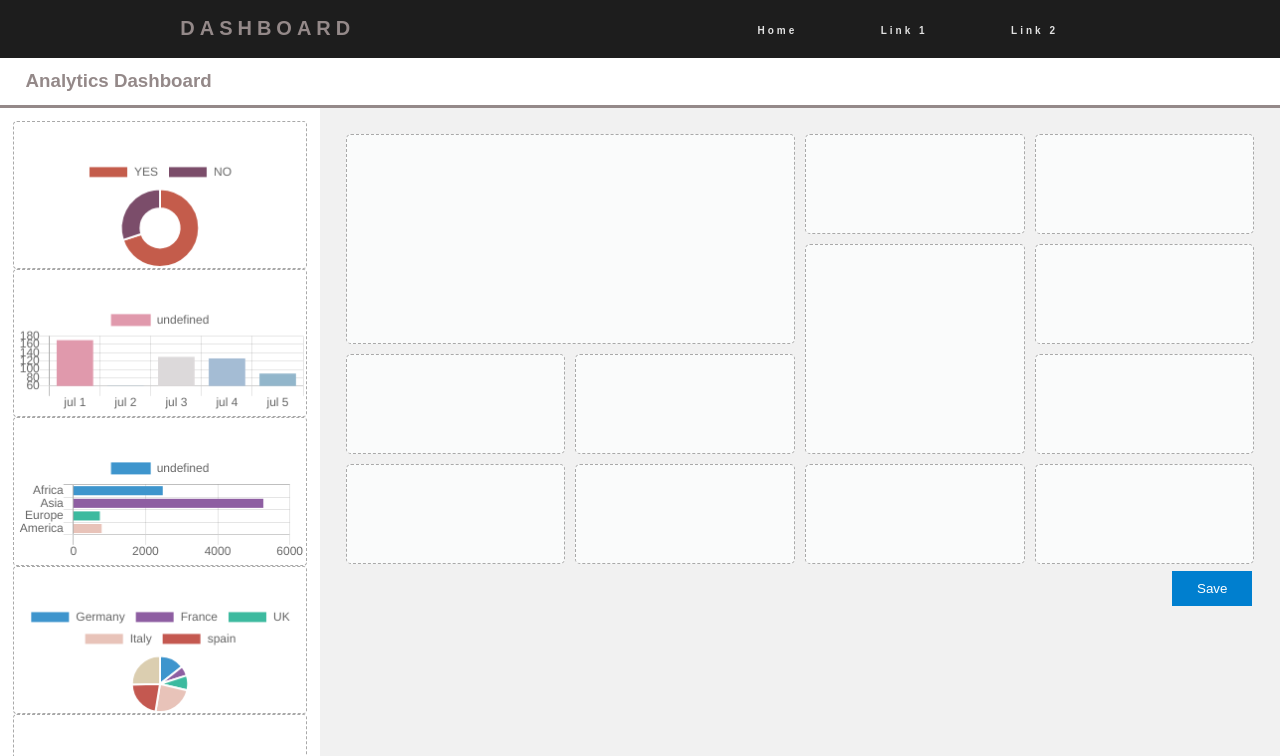
Repository: nourabdelhakam/drag-drop
Page: index.html
These files come from the project's save history. The page is drawn as it stood at one moment and after the next save; the edit follows.
The browser window is 1280 px wide. The pictures show the whole page.
Some web libraries are served in a nearby version.

Above is the page before, as saved 2020-07-05 23:52:47.

### index.html
<!DOCTYPE html>
<html lang="en">
<head>
    <meta charset="UTF-8">
    <meta name="viewport" content="width=device-width, initial-scale=1.0">
    <meta http-equiv="X-UA-Compatible" content="ie=edge">
    <title>Drag & Drop</title>

    <script src="https://cdn.jsdelivr.net/npm/chart.js@2.8.0"></script>

    <link rel="stylesheet" href="nav/nav.css">
    <link rel="stylesheet" href="css/main.css">
</head>
<body>

    <!-- <nav> -->
        <nav>
            <div class="logo">
                <h4>Dashboard</h4>
            </div>
            <ul class="nav-links">
                <li><a href="">Home</a></li>
                <li><a href="">Link 1</a></li>
                <li><a href="">Link 2</a></li>
            </ul>
            <div class="burger">
                <div class="line1"></div>
                <div class="line2"></div>
                <div class="line3"></div>
            </div>
        </nav>
      <!-- </nav> end of nav -->

      <section>
          <h3>Analytics Dashboard</h3>
          <div class="container">
            <div class="left">
                <div class="list" id="chartList">

                </div>
              </div>
              <div class="right">
                  <!-- <h5>Drag & Drop</h5> -->
                  <div class="wrapper" id="wrapper">
                    <div class="list" id="spot-1"></div>
                    <div class="list" id="spot-2"></div>
                    <div class="list" id="spot-3"></div>
                    <div class="list" id="spot-4"></div>
                    <div class="list" id="spot-5"></div>
                    <div class="list" id="spot-6"></div>
                    <div class="list" id="spot-7"></div>
                    <div class="list" id="spot-8"></div>
                    <div class="list" id="spot-9"></div>
                    <div class="list" id="spot-10"></div>
                    <div class="list" id="spot-11"></div>
                    <div class="list" id="spot-12"></div>
                  </div>
                  <button class="btn" id="saveBtn">Save</button>
                  <button class="btn"  id="tempBtn">Template</button>
              </div>
              <div id="preview" class="wrapper">

              </div>
          </div>
      </section>

      <script  src="chartData.js"></script>
      <script src="chart.js" type="text/javascript"></script>

    <script src="main.js" type="text/javascript"></script>
    <script src="nav/nav.js" type="text/javascript"></script>
</body>
</html>

### nav/nav.css
nav {
    display: flex;
    justify-content: space-around;
    align-items: center;
    min-height: 8vh;
    background-color: #1D1D1D;
    font-family: "Poppins", sans-serif;
}
.logo {
    color: rgb(226, 226, 226);
    text-transform: uppercase;
    letter-spacing: 5px;
    font-size: 20px;
}
.nav-links {
    display: flex;
    justify-content: space-around;
    width: 30%;
}
.nav-links li {
    list-style: none;
}
.nav-links a {
    color: rgb(226, 226, 226);
    text-decoration: none;
    letter-spacing: 3px;
    font-weight: bold;
    font-size: 10px;
}
.burger {
    display: none;
    cursor: pointer;
}
.burger div {
    width: 25px;
    height: 3px;
    background-color: rgb(226, 226, 226);
    margin: 5px;
    transition: all 0.3s ease;
}


@media screen and (max-width:1024px) {
    .nav-links {
        width: 60%;
    }
}

@media screen and (max-width:768px) {

    body {
        overflow-x: hidden;
    }
    .nav-links {
        position: absolute;
        right: 0px;
        height: 92vh;
        top: 8vh;
        background-color: #1D1D1D;
        display: flex;
        flex-direction: column;
        align-items: center;
        width: 50%;
        transform: translatex(100%);
        transition: transform 0.5s ease-in;
    }
    .nav-links li {
        opacity: 0;
    }
    .burger {
        display: block;
    }
}

.nav-active {
    transform: translatex(0%);
}

@keyframes navLinkFade {
    from {
        opacity: 0;
        transform: translatex(50%);
    }
    to {
        opacity: 1;
        transform: translatex(0%);
    }
}

.toggle .line1 {
    transform: rotate(-45deg) translate(-5px, 6px);
}
.toggle .line2 {
    opacity: 0;
}
.toggle .line3 {
    transform: rotate(45deg) translate(-5px, -6px);
}

.landing {
    height: 90vh;
    display: flex;
    justify-content: center;
    align-items: center;
}
.landing h1 {
    margin: 100px;
    font-size: 50px;
    color: #ae5fce;
}

### css/main.css
* {
    margin: 0;
    padding: 0;
    box-sizing: border-box;
}
body {
    font-family: Arial, Helvetica, sans-serif;
}
h3, h4, a {
    color: rgb(148, 137, 137);
}
h3 {
    padding: 1% 2%;
}
h5 {
    margin-bottom: .5em;
}
.container {
    border-top: 3px solid rgb(148, 137, 137);
}
.left {
    width: 25%;
    height: 90vh;
    float: left;
    padding: 1%;
    overflow:hidden;
    overflow-y:scroll;
}
.right {
    width: 75%;
    height: 90vh;
    float: left;
    padding: 2%;
    background-color: #F1F1F1;
}

.list-item {
    /* background-color: #F3F3F3; */
    border-radius: 4px;
    border: 1px dashed darkgrey;
    /* padding: 5px 5px;  */
    text-align: center;
    /* margin: 5% 0; */
    height: 100%;
    width: 100%;
    cursor: pointer;
}
canvas {
    height: 100%;
    width: 100%;
}

.wrapper > div {
    border: 1px dashed darkgrey;
    border-radius: 5px;
    background-color: #FAFBFB;
    /* resize: both;
    overflow: auto; */
}
.wrapper {
  display: grid;
  grid-template-columns: repeat(4, 1fr);
  grid-auto-rows: 100px;
  grid-gap: 10px;
}
 .wrapper div:nth-child(2) {
   grid-column: 3;
   grid-row: 2 / 4;
}
 .wrapper div:nth-child(5) {
   grid-column: 1 / 3;
   grid-row: 1 / 3;
}
/* .plus-button {
	border: 2px solid lightgrey;
	background-color: #fff;
	font-size: 16px;
	height: 2.5em;
	width: 2.5em;
	border-radius: 999px;
    position: relative;

}

.plus-button:after,
.plus-button:before {
		content: "";
		display: block;
		background-color: grey;
		position: absolute;
		top: 50%;
		left: 50%;
        transform: translate(-50%, -50%);

	}

	.plus-button:before {
		height: 1em;
		width: 0.2em;
	}

	.plus-button:after {
		height: 0.2em;
		width: 1em;
	}


.plus-button--small {
	font-size: 12px;
} */
.btn {
    background-color: #007FCF;
    border: none;
    color: white;
    padding: 10px 25px;
    text-align: center;
    text-decoration: none;
    display: inline-block;
    margin: 7px 2px;
    cursor: pointer;
    float: right;
}
#tempBtn {
    display: none;
}

### chartData.js
 chartData={
    chart1 : {
        id: 1,
        data : [70, 30],
        colors : ['#C45C4B', '#7B4D6A'],
        labels : ['YES', 'NO'],
        type : 'doughnut'
    },
    chart2 : {
        id: 2,
        labels : ['jul 1', 'jul 2', 'jul 3', 'jul 4', 'jul 5'],
        data : [170, 60.5, 130, 126.3, 90],
        colors : ['#E099AC', '#A4BCD3', '#DCD9DA', '#A4BCD4', '#92B6CB'],
        type: 'bar'
    },
    chart3 : {
        id: 3,
        labels: ["Africa", "Asia", "Europe", "America"],
        colors: ["#3e95cd", "#8e5ea2","#3cba9f","#e8c3b9","#c45850"],
        data: [2478,5267,734,784,433],
        type: 'horizontalBar',
    },
    chart4 : {
        id: 4,
        labels : ['Germany', 'France', 'UK', 'Italy', 'spain'],
        data : [50, 20, 30, 83, 77, 88],
        colors : ["#3e95cd", "#8e5ea2","#3cba9f","#e8c3b9","#c45850", "#dbceb0"],
        type: 'pie'
    },


    chart5 : {
        id: 5,
        labels : ["1900", "1950", "1999", "2050"],
        data : [408,547,675,734],
        colors : "#8e5ea2",
        type: 'line'
    },

}

exports = chartData

### chart.js
function draw(pos, chart, type) {
  var el = document.getElementById(pos);
  console.log(chart);

  var canvas = document.createElement("canvas");
  canvas.className = "list-item";
  canvas.setAttribute("draggable", "true");
  canvas.setAttribute("data-chart", JSON.stringify(chart));

  canvas.id = type + chart.id+'-'+pos;
  el.appendChild(canvas);
  console.log(canvas);
  c = document.getElementById(type + chart.id+'-'+pos).getContext("2d");
  new Chart(c, {
    type: chart.type,
    data: {
      labels: chart.labels,
      datasets: [
        {
          data: chart.data,
          backgroundColor: chart.colors,
        },
      ],
    },
    options: {
      title: {
        Text: "Do you like doughnuts?",
        display: true,
      },
    },
  });
}

exports = draw;

// let myChart1 = document.getElementById("myChart").getContext('2d');
let chartWrapper = document.getElementById("chartList");
console.log(chartWrapper);

for (let chart in chartData) {
  console.log(chartWrapper);

  draw(chartWrapper.id, chartData[chart],'chatLib-');
}

### main.js
const list_items = document.querySelectorAll(".list-item");
const lists = document.querySelectorAll(".list");
var cantAccess = false;
var wrapper = document.getElementById('wrapper');
const saveBtn = document.getElementById("saveBtn");
const tempPreview = document.getElementById('tempPreview');
const tempBtn =  document.getElementById('tempBtn');
const previewDiv = document.getElementById('preview');
var dragged = null;
var draggedData= null;
var templateList=[];
(function() {
	var temp = JSON.parse(localStorage.getItem('template'));
	if(temp!= null){
		templateList = temp;

		for( chart in templateList){
			draw(templateList[chart].pos,templateList[chart].data,'chartTemplate-')
		}


	}

 })();
saveBtn.addEventListener("click", function () {
  var template = localStorage.getItem("template");
  console.log(template);

  if (template)
    var c = confirm("There is a saved template, Do you want to overwrite it?");


  if (c == true || !template) {

	let itemsArray = JSON.stringify(templateList);
	localStorage.setItem("template", itemsArray);
	tempBtn.style.display = "block"

	// tempPreview.innerHTML = wrapper;
  }
});



 tempBtn.addEventListener('click',function(){
	itemsArray = JSON.parse(localStorage.getItem('template'));
	previewDiv.innerHTML = itemsArray;
})

// tempPreview.addEventListener('click',function(){
// 	itemsArray = JSON.parse(localStorage.getItem('template'));
// 	 wrapper.innerHTML = itemsArray ;
// })

// const data = JSON.parse(localStorage.getItem('items'))
// //localStorage

let draggedItem = null;

for (let i = 0; i < list_items.length; i++) {
  const item = list_items[i];
  console.log(item.id);
  item.addEventListener("dragstart", function () {
    draggedItem = item;
    console.log(cantAccess);
	dragged = item.id;
	draggedData =JSON.parse(item.dataset.chart);

    setTimeout(function () {
	  item.style.display = "none";
	}, 0);
	cantAccess = false
  });

  item.addEventListener("dragend", function () {
    setTimeout(function () {
	  draggedItem.style.display = "block";
    //   draggedItem.style.padding = "0";
    //   draggedItem.style.margin = "0";
      draggedItem.style.height = "100%";
      draggedItem.style.width = "100%";
      draggedItem = null;
	}, 0);
	cantAccess = false;
  });
}
  for (let j = 0; j < lists.length; j++) {
    const list = lists[j];

    list.addEventListener("dragover", function (e) {
	  e.preventDefault();
	  console.log(e.target.tagName);
	  console.log(cantAccess);

	  if(e.target.tagName == 'CANVAS'){
		  cantAccess = true;
	  }
    });

    list.addEventListener("dragenter", function (e) {
      e.preventDefault();
      this.style.backgroundColor = "#FFFFFF";
    });

    list.addEventListener("dragleave", function (e) {
	  this.style.backgroundColor = "#F9FDFF";
	  console.log(e.target.id	);
	  cantAccess = false;

    });

    list.addEventListener("drop", function (e) {
	  console.log("drop");
	  if(cantAccess)
		return false;
	  i = {
		  id:dragged,
		  pos:e.toElement.id,
		  data: draggedData
	  }
	  var result = templateList.filter(obj => {
		return obj.pos === e.toElement.id
	  })
	  console.log(e.toElement.id);

	  console.log('templateList:'+result);
	  setTimeout(function(){
	  if (result.length == 0){
		  console.log('empty');
		  console.log(i);

		  templateList.push(i);
		  console.log('templalist: '+templateList);
		draw(e.toElement.id,draggedData,'chartTemplate-')

		}},100);

		cantAccess = false
    //   this.append(draggedItem);
	  this.style.backgroundColor = "#FFFFFF";
    });
  }

### nav/nav.js
const navSlide = () => {
    const burger = document.querySelector('.burger');
    const nav = document.querySelector('.nav-links');
    const navLinks = document.querySelectorAll('.nav-links li');


    burger.addEventListener('click', () => {

        //Toggle Nav
        nav.classList.toggle('nav-active');

        //Animate Links
        navLinks.forEach((link, index) => {

            if (link.style.animation) {
                link.style.animation = '';
            } else {
                link.style.animation = `navLinkFade 0.5s ease forwards ${index / 7 + 0.3}s`;
            }

        });

        //Burger Animation
        burger.classList.toggle('toggle');
    });

}

navSlide();

After the next save:
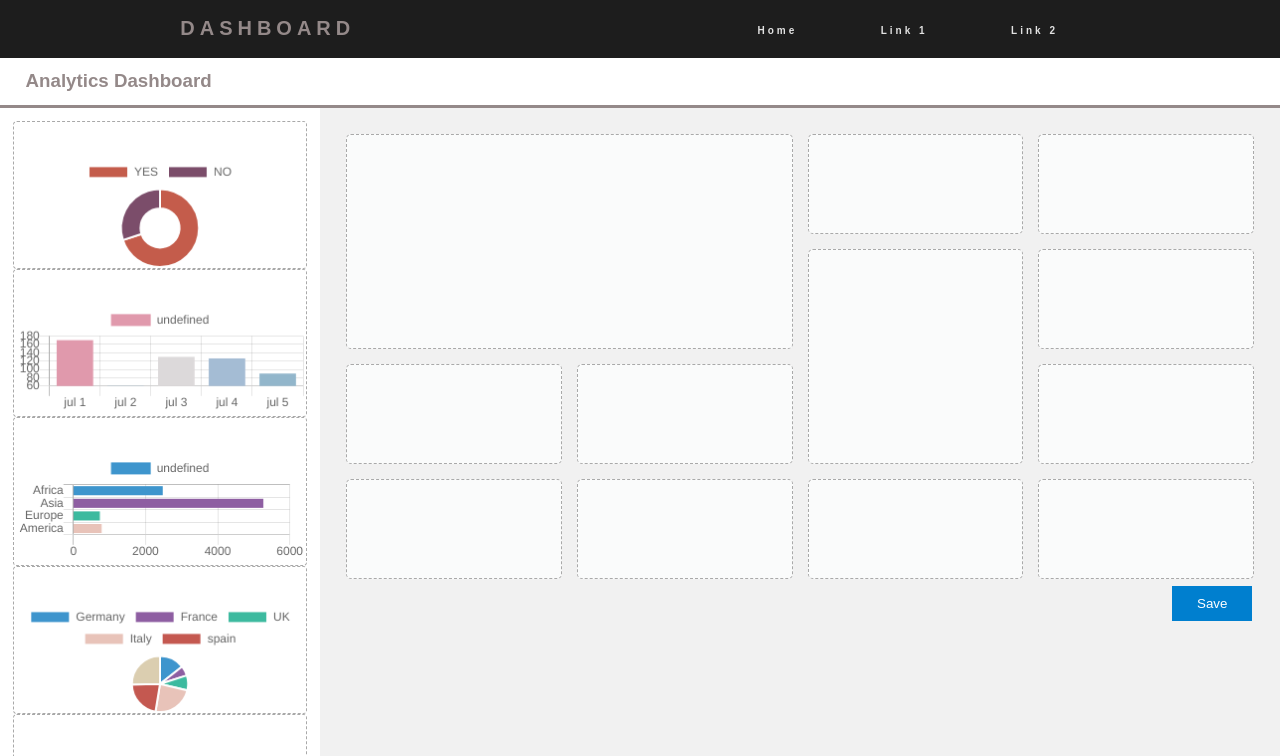
Saved 4 min 58 s later.
--- a/css/main.css
+++ b/css/main.css
@@ -61,7 +61,7 @@ canvas {
   display: grid;
   grid-template-columns: repeat(4, 1fr);
   grid-auto-rows: 100px;
-  grid-gap: 10px;
+  grid-gap: 15px;
 }
  .wrapper div:nth-child(2) {
    grid-column: 3;
